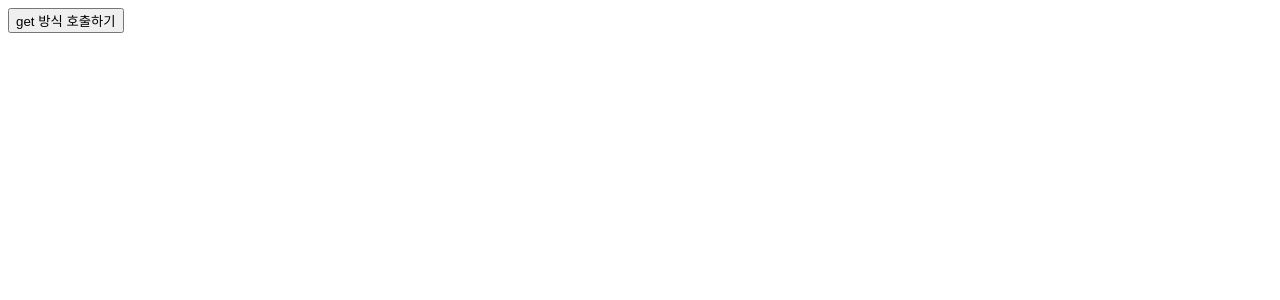
Repository: y0y00700/Jsp_study
Page: http://localhost/web-Practice/servletMethod.jsp
These files come from the project's save history. The page is drawn as it stood at one moment and after the next save; the edit follows.
The browser window is 1280 px wide. The pictures show the whole page.
The page is served by Tomcat 9. Other server files are loaded and not shown.

Above is the page before, as saved 2024-09-19 10:58:10.

### jsp_workspace/web-Practice/src/main/webapp/servletMethod.jsp
<%@ page language="java" contentType="text/html; charset=UTF-8"
    pageEncoding="UTF-8"%>
<!DOCTYPE html>
<html>
<head>
<meta charset="UTF-8">
<title>서블릿 Get/Post 동작</title>
</head>
<body>
<form method="get" action="MethodServlet">
	<input type="submit" value="get 방식 호출하기">
</form>

</body>
</html>

After the next save:
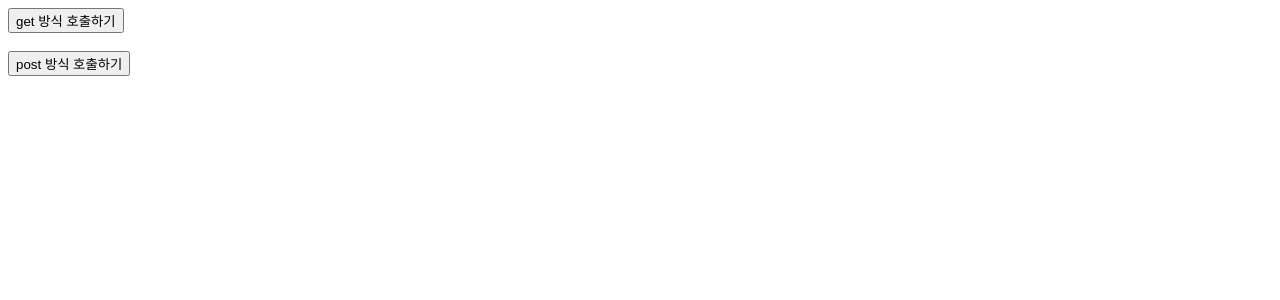
Saved 34 s later.
--- a/jsp_workspace/web-Practice/src/main/webapp/servletMethod.jsp
+++ b/jsp_workspace/web-Practice/src/main/webapp/servletMethod.jsp
@@ -10,6 +10,10 @@
 <form method="get" action="MethodServlet">
 	<input type="submit" value="get 방식 호출하기">
 </form>
+<br><vr>
+<form method="post" action="MethodServlet">
+	<input type="submit" value="post 방식 호출하기">
+</form>
 
 </body>
 </html>
